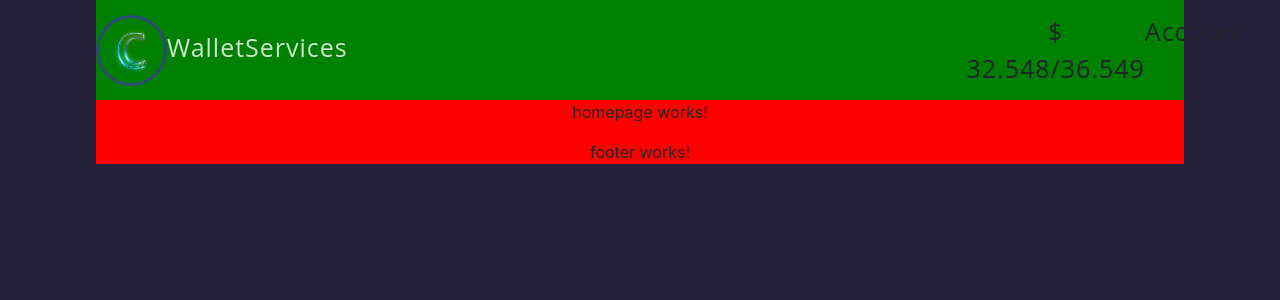
Repository: YuriyBen/Corzbank
Page: / (app in Corzbank.Web/ClientApp/)
These files come from the project's save history. The page is drawn as it stood at one moment and after the next save; the edit follows.
The browser window is 1280 px wide. The pictures show the whole page.
The project was rebuilt for these pictures with package versions that can differ from the ones it lists, and the page was loaded fresh each time. Also part of the build but not shown: Corzbank.Web/ClientApp/angular.json.

Above is the page before, as saved 2022-05-19 19:40:57.

After the next save:
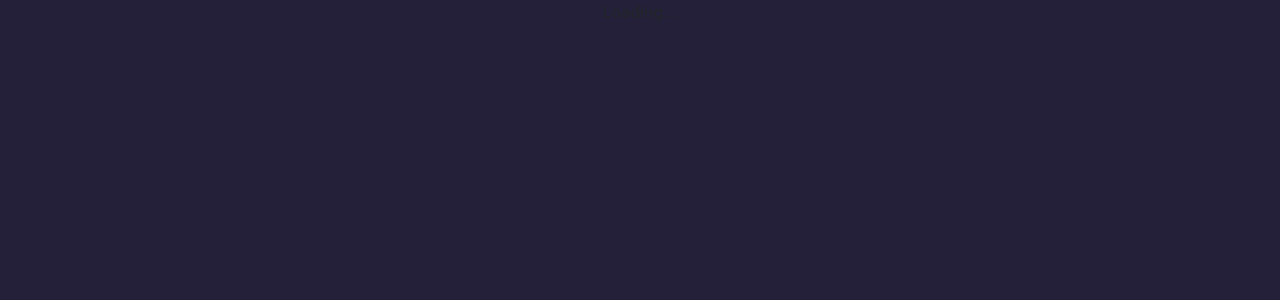
Saved 24 s later.
--- a/Corzbank.Web/ClientApp/src/app/header/header.component.html
+++ b/Corzbank.Web/ClientApp/src/app/header/header.component.html
@@ -3,7 +3,7 @@
         <div class="logo">
             <img src="assets/photos/logo.png" alt="logo">
         </div>
-        <p>Wallet</p>
+        <span>Wallet</p>
         <p>Services</p>
     </div>
     <div class="right-block">

After the 5 saves that followed:
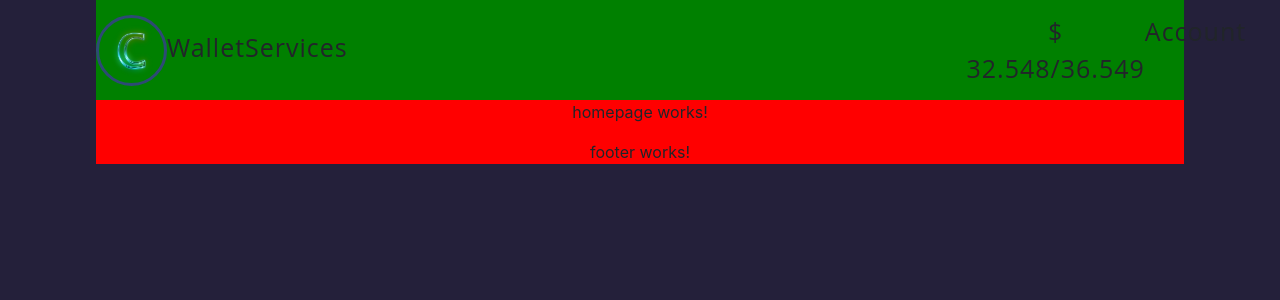
The 5 saves are shown as one change because 1 left the picture as it was and some came seconds apart.
The last was saved 16 s later.
--- a/Corzbank.Web/ClientApp/src/app/header/header.component.html
+++ b/Corzbank.Web/ClientApp/src/app/header/header.component.html
@@ -3,12 +3,12 @@
         <div class="logo">
             <img src="assets/photos/logo.png" alt="logo">
         </div>
-        <span>Wallet</p>
-        <p>Services</p>
+        <span>Wallet</span>
+        <span>Services</span>
     </div>
     <div class="right-block">
         <div class="exchange">
-            <p>$ 32.548/36.549</p>
+            <span>$ 32.548/36.549</span>
         </div>
         <div class="account">
             <p>Account</p>
